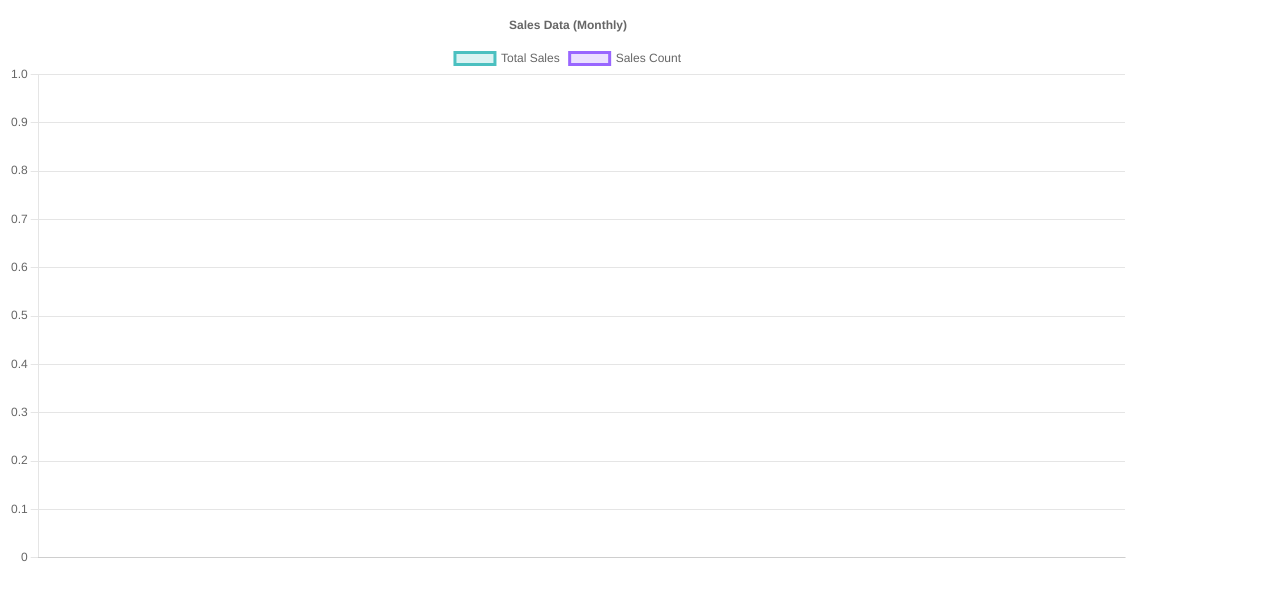
Repository: Qu4ntumGuy/visualize-it
Page: / (app in frontend/)
An editor plug-in stored every save of this project. The page is shown before and after the next save, followed by the edit.
The browser window is 1280 px wide. The pictures show the whole page.
The page's requests for data from a server got no answer. The project was rebuilt for these pictures with package versions that can differ from the ones it lists, and the page was loaded fresh each time. No one was signed in, and anything a server would have sent is missing.

Above is the page before, as saved 2024-08-19 13:49:43.

After the next save:
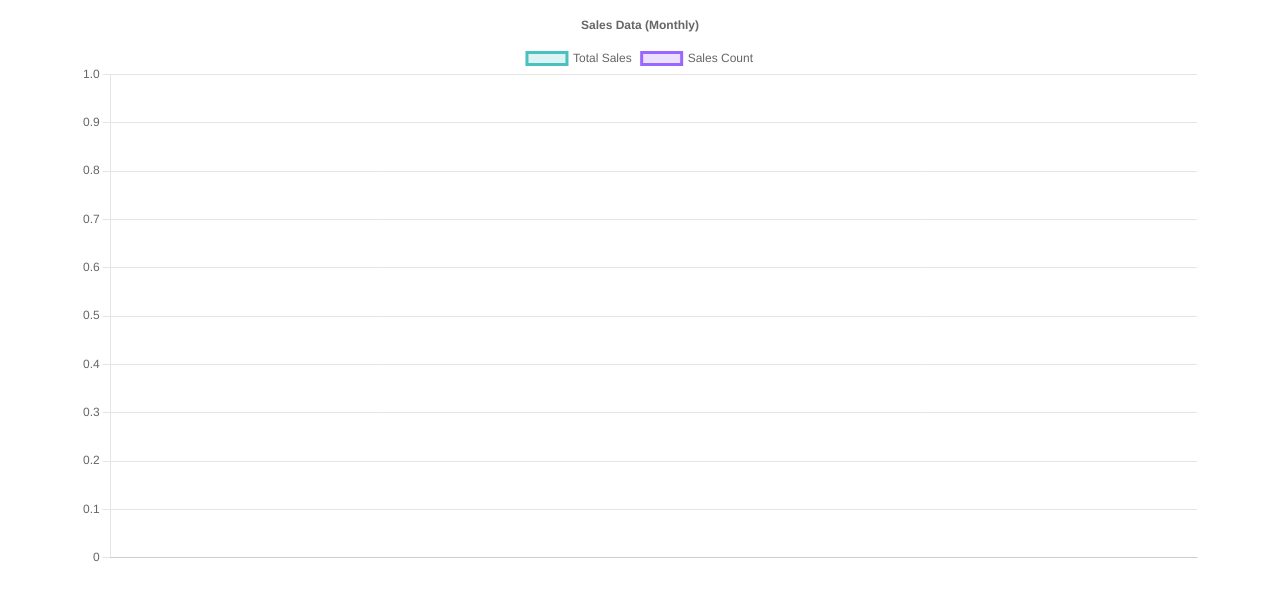
Saved 4 s later.
--- a/frontend/src/App.js
+++ b/frontend/src/App.js
@@ -24,7 +24,7 @@ function App() {
 
   return (
     <div className="h-screen overflow-hidden">
-      <div className="flex p-2 h-[80%] w-full">
+      <div className="flex justify-center p-2 h-[80%] w-full">
         <TotalSales dataType={dataType} fetchedData={data} />
       </div>
     </div>
